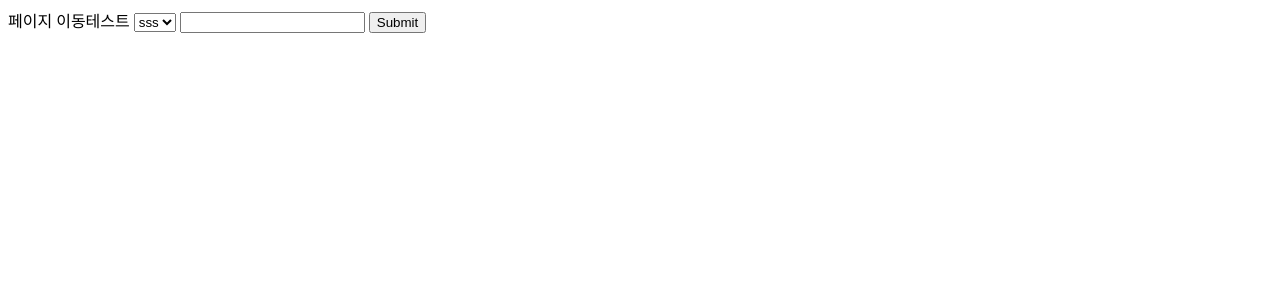
Repository: 2hundred2ne2/bit
Page: http://localhost/First_Web/responce/selectPage.jsp
The author's editor kept a copy of each file at every save. The page is drawn from the files as they stood at one save, then again after the next save.
The browser window is 1280 px wide. The pictures show the whole page.
The page is served by Tomcat 9.

Above is the page before, as saved 2020-12-16 01:21:21.

After the next save:
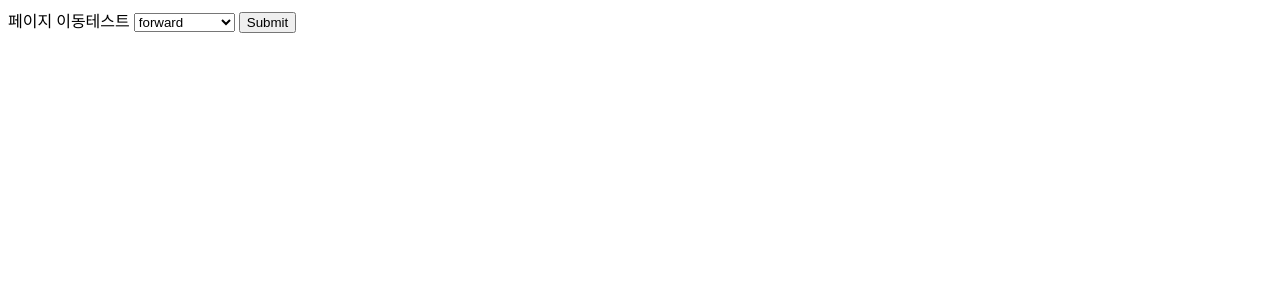
Saved 7 min 29 s later.
--- a/JSP_PROJECT/First_Web/WebContent/responce/selectPage.jsp
+++ b/JSP_PROJECT/First_Web/WebContent/responce/selectPage.jsp
@@ -12,11 +12,9 @@
 페이지 이동테스트
 
 <select name="select">
-<option value="0"> sss</option>
-<option value="1">sss</option>
-
+<option value="0">forward</option>
+<option value="1">sendRedirect</option>
 </select>
-<input type="text">
 <input type="submit">
 </form>
 
